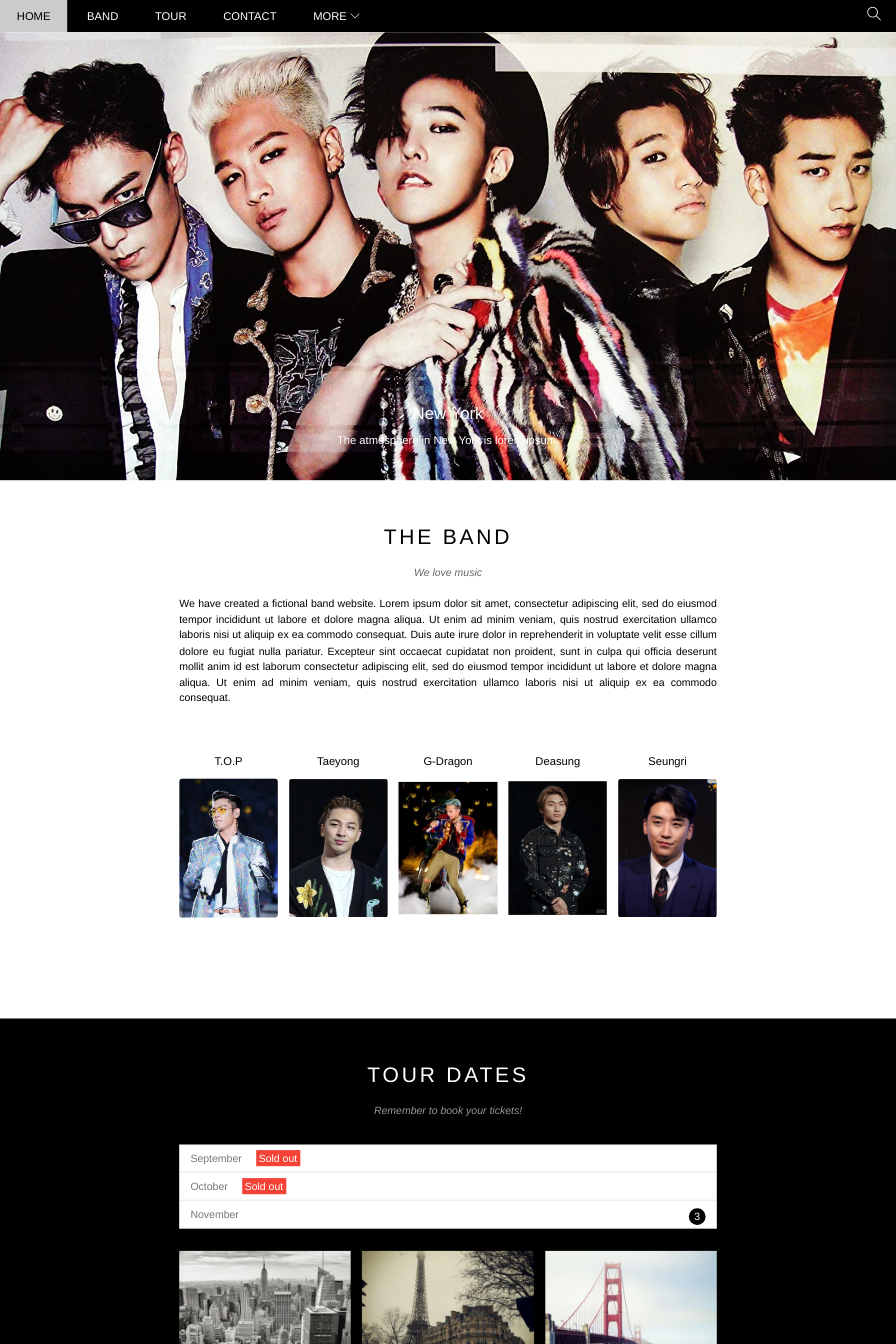
Repository: ThinhTran2k/BigBang-Band-Website
Page: index.html
An editor plug-in stored every save of this project. The page is shown before and after the next save, followed by the edit.
The browser window is 1280 px wide. The pictures show the part of the page from y = 0 to 1920 px (the page is 3633 px tall), at 70% of full size.

Above is the page before, as saved 2021-03-16 19:09:26.
Console error: TypeError: Cannot set properties of undefined (setting 'onclick')

After the next save:
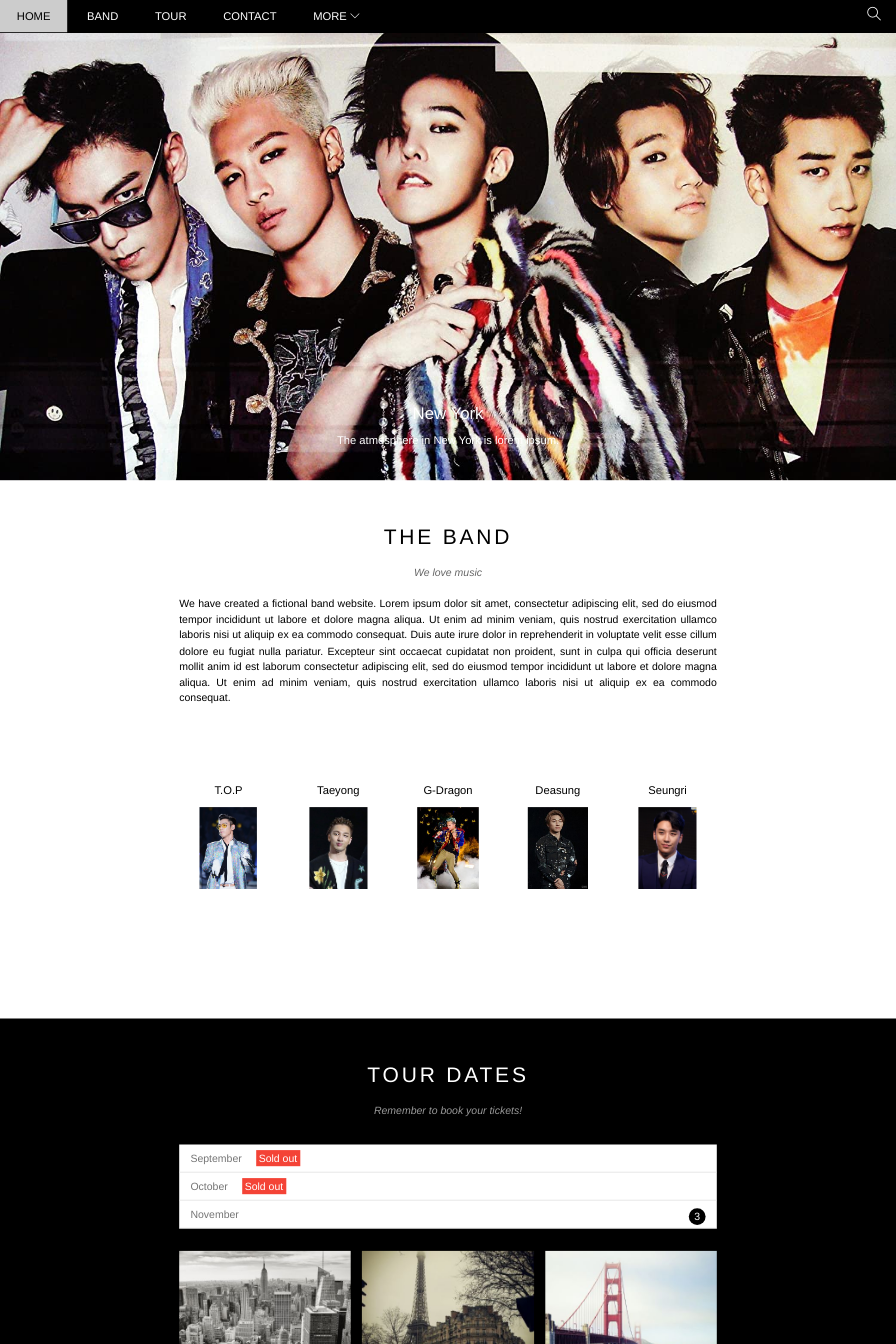
Saved 5 s later.
--- a/asset/css/style.css
+++ b/asset/css/style.css
@@ -207,7 +207,7 @@
 }
 .member-item .member-img {
     border-radius: 5px;
-    height: 90%;
+    height: 50%;
     width: 90%;
     object-fit: contain;
 }

After the save that followed:
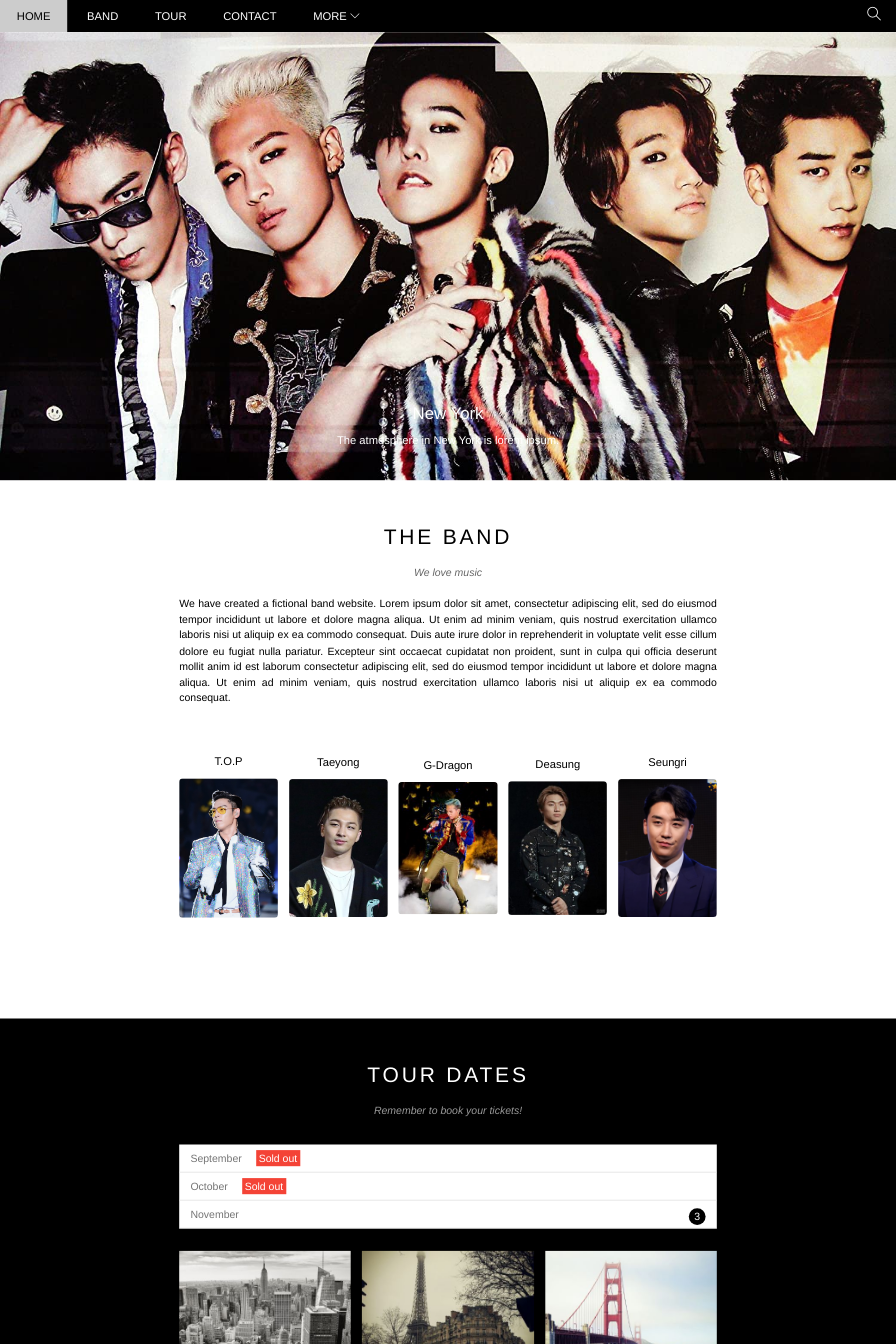
Saved 6 s later.
--- a/asset/css/style.css
+++ b/asset/css/style.css
@@ -207,7 +207,6 @@
 }
 .member-item .member-img {
     border-radius: 5px;
-    height: 50%;
     width: 90%;
     object-fit: contain;
 }
